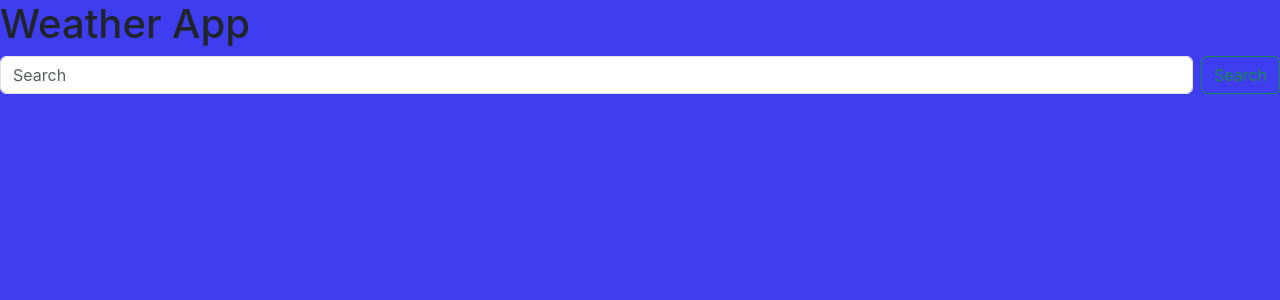
Repository: bhaveshtrades/weatherapp
Page: /
The author's editor kept a copy of each file at every save. The page is drawn from the files as they stood at one save, then again after the next save.
The browser window is 1280 px wide. The pictures show the whole page.
The project was rebuilt for these pictures with package versions that can differ from the ones it lists, and the page was loaded fresh each time. Also part of the build but not shown: src/components/CurrentWeather.jsx.

Above is the page before, as saved 2023-01-08 18:56:32.

After the next save:
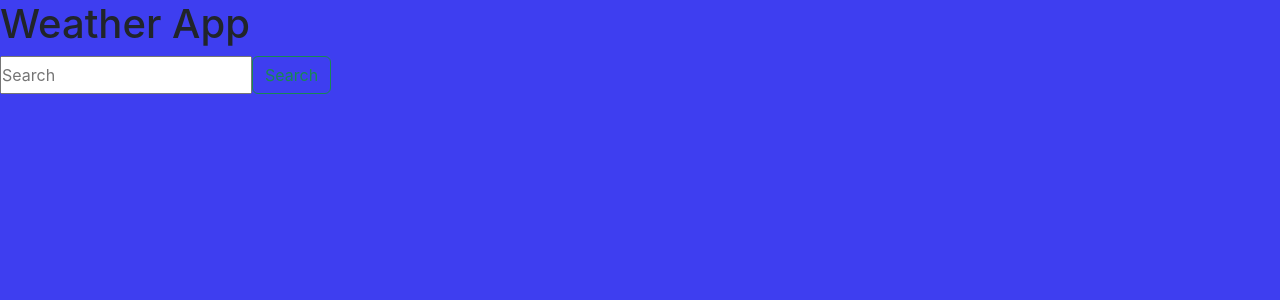
Saved 5 min 7 s later.
--- a/src/components/Navbar.jsx
+++ b/src/components/Navbar.jsx
@@ -10,7 +10,7 @@ function Navbar({resultProp, cityProp}){
     </div>
     <div>
     <form className="d-flex" role="search" onSubmit={resultProp}>
-        <input className="form-control me-2" type="search" placeholder="Search" aria-label="Search" onChange={cityProp}/>
+        <input  type="search" placeholder="Search" aria-label="Search" onChange={cityProp}/>
         <button className="btn btn-outline-success" type="submit">Search</button>
     </form>
     </div>
